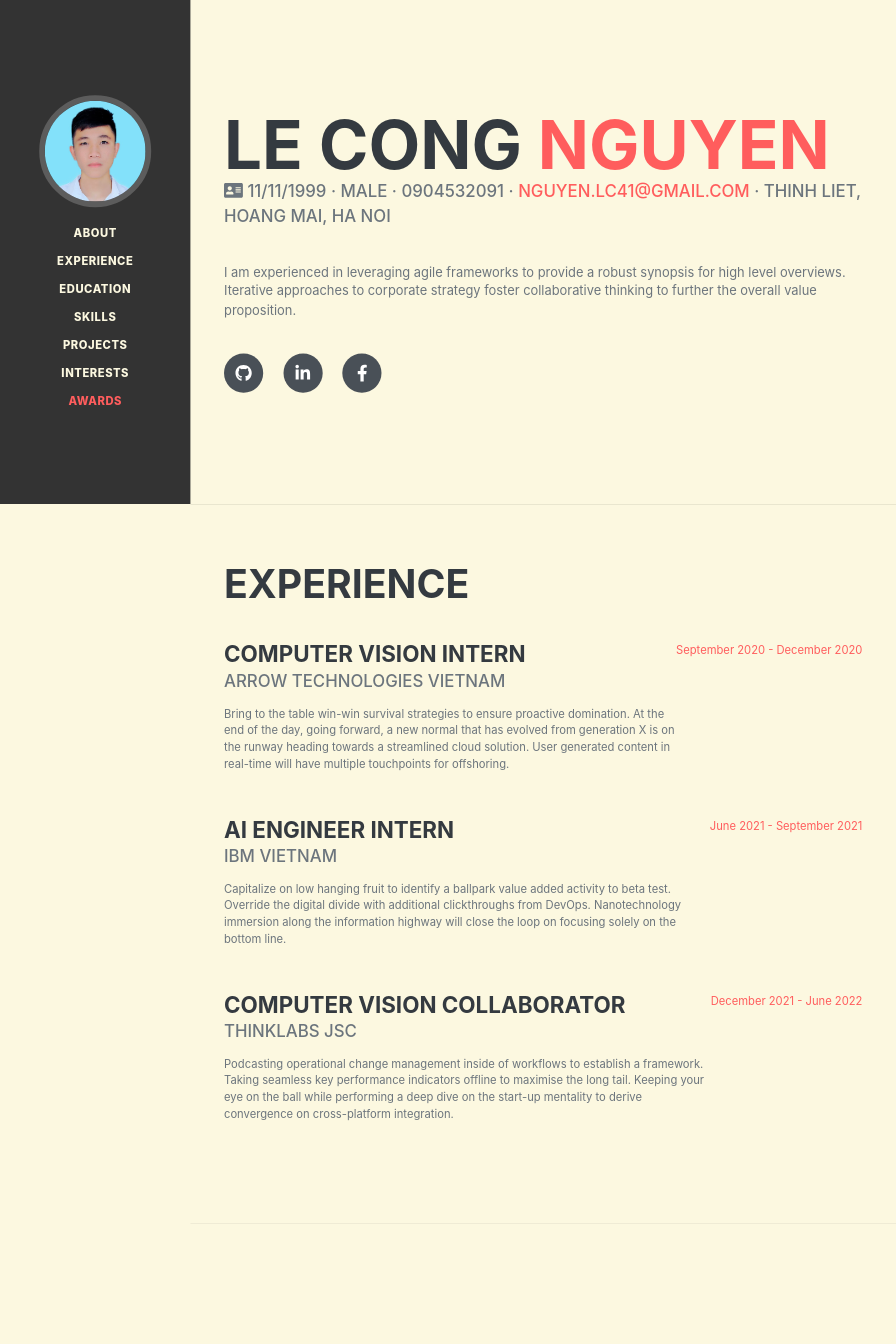
Repository: nguyenlcc/Online-CV
Page: index.html
These files come from the project's save history. The page is drawn as it stood at one moment and after the next save; the edit follows.
The browser window is 1280 px wide. The pictures show the part of the page from y = 0 to 1920 px (the page is 5352 px tall), at 70% of full size.
Some web fonts or font styles are not loaded; a fallback is used. Some web libraries are served in a nearby version.

Above is the page before, as saved 2022-05-23 01:49:04.

### index.html
<!DOCTYPE html>
<html lang="en">
  <head>
    <meta charset="utf-8" />
    <meta
      name="viewport"
      content="width=device-width, initial-scale=1, shrink-to-fit=no"
    />
    <meta name="description" content="" />
    <meta name="author" content="" />
    <title>Le Cong Nguyen</title>
    <link rel="icon" type="image/x-icon" href="assets/img/favicon.ico" />
    <!-- Font Awesome icons (free version)-->
    <script
      src="https://use.fontawesome.com/releases/v5.13.0/js/all.js"
      crossorigin="anonymous"
    ></script>
    <!-- Google fonts-->
    <link
      href="https://fonts.googleapis.com/css?family=Saira+Extra+Condensed:500,700"
      rel="stylesheet"
      type="text/css"
    />
    <link
      href="https://fonts.googleapis.com/css?family=Muli:400,400i,800,800i"
      rel="stylesheet"
      type="text/css"
    />
    <!-- Core theme CSS (includes Bootstrap)-->
    <link href="css/styles.css" rel="stylesheet" />
  </head>
  <body id="page-top">
    <!-- Navigation-->
    <nav
      class="navbar navbar-expand-lg navbar-dark bg-primary fixed-top"
      id="sideNav"
    >
      <a class="navbar-brand js-scroll-trigger" href="#page-top">
        <span class="d-block d-lg-none">LE CONG NGUYEN</span>
        <span class="d-none d-lg-block"
          ><img
            class="img-fluid img-profile rounded-circle mx-auto mb-2"
            src="assets/img/profile.jpg"
            alt=""
        /></span>
      </a>
      <button
        class="navbar-toggler"
        type="button"
        data-toggle="collapse"
        data-target="#navbarSupportedContent"
        aria-controls="navbarSupportedContent"
        aria-expanded="false"
        aria-label="Toggle navigation"
      >
        <span class="navbar-toggler-icon"></span>
      </button>
      <div class="collapse navbar-collapse" id="navbarSupportedContent">
        <ul class="navbar-nav">
          <li class="nav-item">
            <a class="nav-link js-scroll-trigger" href="#about">About</a>
          </li>
          <li class="nav-item">
            <a class="nav-link js-scroll-trigger" href="#experience"
              >Experience</a
            >
          </li>
          <li class="nav-item">
            <a class="nav-link js-scroll-trigger" href="#education"
              >Education</a
            >
          </li>
          <li class="nav-item">
            <a class="nav-link js-scroll-trigger" href="#skills">Skills</a>
          </li>
          <li class="nav-item">
            <a class="nav-link js-scroll-trigger" href="#projects">Projects</a>
          </li>
          <li class="nav-item">
            <a class="nav-link js-scroll-trigger" href="#interests"
              >Interests</a
            >
          </li>
          <li class="nav-item">
            <a class="nav-link js-scroll-trigger" href="#awards">Awards</a>
          </li>
        </ul>
      </div>
    </nav>
    <!-- Page Content-->
    <div class="container-fluid p-0">
      <!-- About-->
      <section class="resume-section" id="about">
        <div class="resume-section-content">
          <h1 class="mb-0">
            LE CONG
            <span class="text-primary">NGUYEN</span>
          </h1>
          <div class="subheading mb-5">
            <i class="fas fa-address-card"></i>
            11/11/1999 · Male · 0904532091 ·
            <a href="mailto:name@email.com">nguyen.lc41@gmail.com</a>
            · Thinh Liet, Hoang Mai, Ha Noi
          </div>
          <p class="lead mb-5">
            I am experienced in leveraging agile frameworks to provide a robust
            synopsis for high level overviews. Iterative approaches to corporate
            strategy foster collaborative thinking to further the overall value
            proposition.
          </p>
          <div class="social-icons">
            <a class="social-icon" href="https://github.com/nguyenlecong"
              ><i class="fab fa-github"></i
            ></a>
            <a
              class="social-icon"
              href="https://www.linkedin.com/in/nguy%C3%AAn-l%C3%AA-c%C3%B4ng-0b1731233/"
            >
              <i class="fab fa-linkedin-in"></i>
            </a>
            <a class="social-icon" href="https://www.facebook.com/nguyenlc5139/"
              ><i class="fab fa-facebook-f"></i
            ></a>
          </div>
        </div>
      </section>
      <hr class="m-0" />
      <!-- Experience-->
      <section class="resume-section" id="experience">
        <div class="resume-section-content">
          <h2 class="mb-5">Experience</h2>
          <div
            class="d-flex flex-column flex-md-row justify-content-between mb-5"
          >
            <div class="flex-grow-1">
              <h3 class="mb-0">Computer Vision Intern</h3>
              <div class="subheading mb-3">Arrow Technologies Vietnam</div>
              <p>
                Bring to the table win-win survival strategies to ensure
                proactive domination. At the end of the day, going forward, a
                new normal that has evolved from generation X is on the runway
                heading towards a streamlined cloud solution. User generated
                content in real-time will have multiple touchpoints for
                offshoring.
              </p>
            </div>
            <div class="flex-shrink-0">
              <span class="text-primary">September 2020 - December 2020</span>
            </div>
          </div>
          <div
            class="d-flex flex-column flex-md-row justify-content-between mb-5"
          >
            <div class="flex-grow-1">
              <h3 class="mb-0">AI Engineer Intern</h3>
              <div class="subheading mb-3">IBM Vietnam</div>
              <p>
                Capitalize on low hanging fruit to identify a ballpark value
                added activity to beta test. Override the digital divide with
                additional clickthroughs from DevOps. Nanotechnology immersion
                along the information highway will close the loop on focusing
                solely on the bottom line.
              </p>
            </div>
            <div class="flex-shrink-0">
              <span class="text-primary">June 2021 - September 2021</span>
            </div>
          </div>
          <div
            class="d-flex flex-column flex-md-row justify-content-between mb-5"
          >
            <div class="flex-grow-1">
              <h3 class="mb-0">Computer Vision Collaborator</h3>
              <div class="subheading mb-3">ThinkLABs JSC</div>
              <p>
                Podcasting operational change management inside of workflows to
                establish a framework. Taking seamless key performance
                indicators offline to maximise the long tail. Keeping your eye
                on the ball while performing a deep dive on the start-up
                mentality to derive convergence on cross-platform integration.
              </p>
            </div>
            <div class="flex-shrink-0">
              <span class="text-primary">December 2021 - June 2022</span>
            </div>
          </div>
        </div>
      </section>
      <hr class="m-0" />
      <!-- Education-->
      <section class="resume-section" id="education">
        <div class="resume-section-content">
          <h2 class="mb-5">Education</h2>
          <div
            class="d-flex flex-column flex-md-row justify-content-between mb-5"
          >
            <div class="flex-grow-1">
              <h3 class="mb-0">HANOI UNIVERSITY OF SCIENCE AND TECHNOLOGY</h3>
              <div class="subheading mb-3">
                SCHOOL OF INFORMATION AND COMMUNICATION TECHNOLOGY
              </div>
              <div>Computer Science</div>
              <p>GPA: 3.16</p>
            </div>
            <div class="flex-shrink-0">
              <span class="text-primary">August 2017 - Now</span>
            </div>
          </div>
        </div>
      </section>
      <hr class="m-0" />
      <!-- Skills-->
      <section class="resume-section" id="skills">
        <div class="resume-section-content">
          <h2 class="mb-5">Skills</h2>
          <div class="subheading mb-3">Programming Languages & Tools</div>
          <ul class="list-inline dev-icons">
            <li class="list-inline-item"><i class="fab fa-python"></i></li>
            <li class="list-inline-item"><i class="fab fa-github"></i></li>
            <li class="list-inline-item"><i class="fab fa-github"></i></li>
          </ul>
          <div class="subheading mb-3">Workflow</div>
          <ul class="fa-ul mb-0">
            <li>
              <span class="fa-li"><i class="fas fa-check"></i></span>
              Git, Github for Teamwork
            </li>
            <li>
              <span class="fa-li"><i class="fas fa-check"></i></span>
              Cross Browser Testing & Debugging
            </li>
          </ul>
        </div>
      </section>
      <hr class="m-0" />
      <!-- Projects-->
      <section class="resume-section" id="projects">
        <div class="resume-section-content">
          <h2 class="mb-5">Projects</h2>
          <!-- <div class="subheading mb-3">Programming Languages & Tools</div>
          <ul class="list-inline dev-icons">
            <li class="list-inline-item"><i class="fab fa-python"></i></li>
            <li class="list-inline-item"><i class="fab fa-github"></i></li>
            <li class="list-inline-item"><i class="fab fa-github"></i></li>
          </ul>
          <div class="subheading mb-3">Workflow</div>
          <ul class="fa-ul mb-0">
            <li>
              <span class="fa-li"><i class="fas fa-check"></i></span>
              Mobile-First, Responsive Design
            </li>
            <li>
              <span class="fa-li"><i class="fas fa-check"></i></span>
              Cross Browser Testing & Debugging
            </li>
          </ul>
        </div> -->
      </section>
      <hr class="m-0" />
      <!-- Interests-->
      <section class="resume-section" id="interests">
        <div class="resume-section-content">
          <h2 class="mb-5">Interests</h2>
          <p>
            Apart from being a web developer, I enjoy most of my time being
            outdoors. In the winter, I am an avid skier and novice ice climber.
            During the warmer months here in Colorado, I enjoy mountain biking,
            free climbing, and kayaking.
          </p>
          <p class="mb-0">
            When forced indoors, I follow a number of sci-fi and fantasy genre
            movies and television shows, I am an aspiring chef, and I spend a
            large amount of my free time exploring the latest technology
            advancements in the front-end web development world.
          </p>
        </div>
      </section>
      <hr class="m-0" />
      <!-- Awards-->
      <section class="resume-section" id="awards">
        <div class="resume-section-content">
          <h2 class="mb-5">Awards & Certifications</h2>
          <ul class="fa-ul mb-0">
            <li>
              <span class="fa-li"
                ><i class="fas fa-trophy text-warning"></i
              ></span>
              Silver Medal for Excellence in Mathematics on Casio Calculator in
              12th Grade
            </li>
            <li>
              <span class="fa-li"
                ><i class="fas fa-trophy text-warning"></i
              ></span>
              Consolation Prize in the Provincial Examination for Excellent
              Students in Mathematics in 12th Grade
            </li>
            <li>
              <span class="fa-li"
                ><i class="fas fa-trophy text-warning"></i
              ></span>
              Level B of Scholarships for the Term 2 of the School Year
              2020-2021, Hanoi University of Science and Technology
            </li>
            <li>
              <span class="fa-li"
                ><i class="fas fa-trophy text-warning"></i
              ></span>
              Level A of Scholarships for the Term 1 of the School Year
              2021-2022, Hanoi University of Science and Technology
            </li>
          </ul>
        </div>
      </section>
    </div>
    <!-- Bootstrap core JS-->
    <script src="https://cdnjs.cloudflare.com/ajax/libs/jquery/3.5.1/jquery.min.js"></script>
    <script src="https://stackpath.bootstrapcdn.com/bootstrap/4.5.0/js/bootstrap.bundle.min.js"></script>
    <!-- Third party plugin JS-->
    <script src="https://cdnjs.cloudflare.com/ajax/libs/jquery-easing/1.4.1/jquery.easing.min.js"></script>
    <!-- Core theme JS-->
    <script src="js/scripts.js"></script>
  </body>
</html>

### js/scripts.js
/*!
    * Start Bootstrap - Resume v6.0.1 (https://startbootstrap.com/template-overviews/resume)
    * Copyright 2013-2020 Start Bootstrap
    * Licensed under MIT (https://github.com/StartBootstrap/startbootstrap-resume/blob/master/LICENSE)
    */
    (function ($) {
    "use strict"; // Start of use strict

    // Smooth scrolling using jQuery easing
    $('a.js-scroll-trigger[href*="#"]:not([href="#"])').click(function () {
        if (
            location.pathname.replace(/^\//, "") ==
                this.pathname.replace(/^\//, "") &&
            location.hostname == this.hostname
        ) {
            var target = $(this.hash);
            target = target.length
                ? target
                : $("[name=" + this.hash.slice(1) + "]");
            if (target.length) {
                $("html, body").animate(
                    {
                        scrollTop: target.offset().top,
                    },
                    1000,
                    "easeInOutExpo"
                );
                return false;
            }
        }
    });

    // Closes responsive menu when a scroll trigger link is clicked
    $(".js-scroll-trigger").click(function () {
        $(".navbar-collapse").collapse("hide");
    });

    // Activate scrollspy to add active class to navbar items on scroll
    $("body").scrollspy({
        target: "#sideNav",
    });
})(jQuery); // End of use strict

Loaded but not shown: css/styles.css (library)

After the next save:
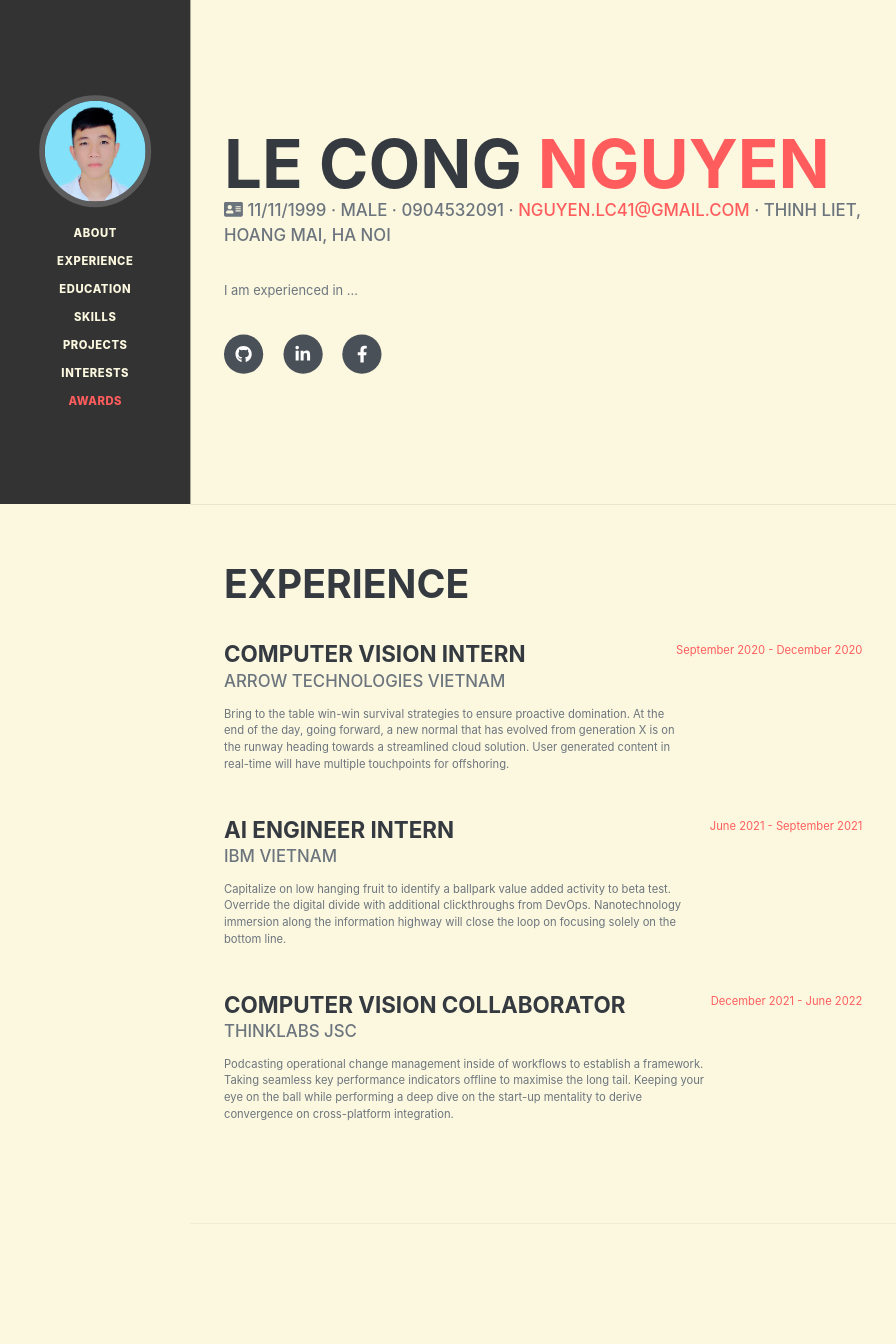
Saved 3 min 35 s later.
--- a/index.html
+++ b/index.html
@@ -103,10 +103,7 @@
             · Thinh Liet, Hoang Mai, Ha Noi
           </div>
           <p class="lead mb-5">
-            I am experienced in leveraging agile frameworks to provide a robust
-            synopsis for high level overviews. Iterative approaches to corporate
-            strategy foster collaborative thinking to further the overall value
-            proposition.
+            I am experienced in ...
           </p>
           <div class="social-icons">
             <a class="social-icon" href="https://github.com/nguyenlecong"
